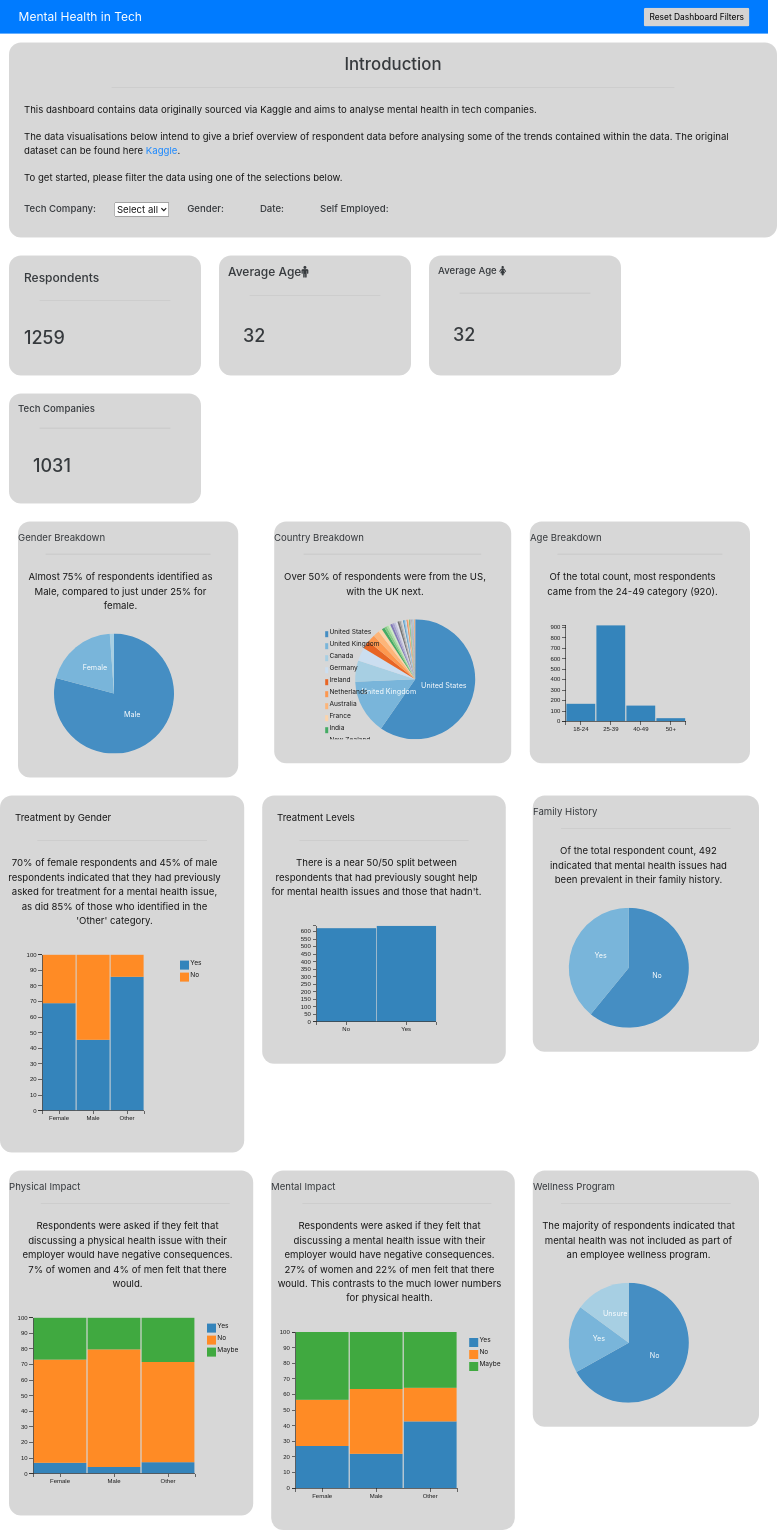
Repository: martingr1/mhdashboard
Page: index.html
The author's editor kept a record of every edit. The page is drawn from the files as they stood at one moment, then again after the next edit.
The browser window is 1280 px wide. The page is 1295 px wide, so the pictures cover 1295 px, including what lies to the right of the window. The pictures show the whole page, at 60% of full size.
Some web libraries are served in a nearby version.

Above is the page before.

After the next edit:
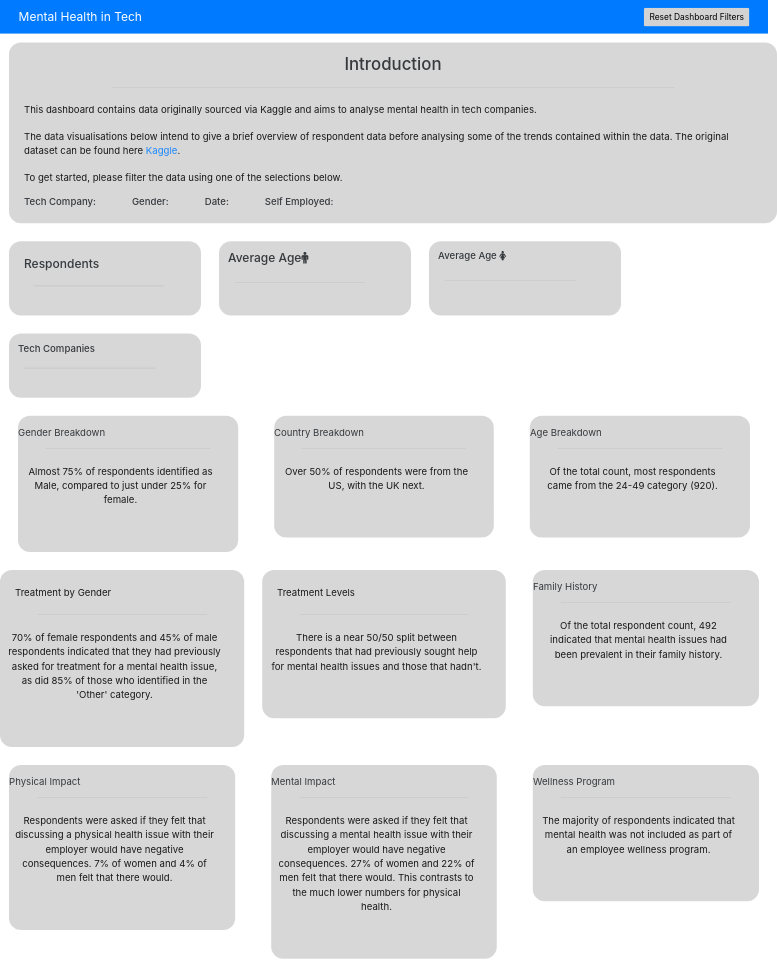
Console error: ReferenceError: show_select_gender is not defined
The edit:
--- a/static/js/graph.js
+++ b/static/js/graph.js
@@ -14,13 +14,17 @@
         d.date = parseDate(d.date);
     })
 
+    show_select_company(ndx);
+    show_select_gender(ndx);
+
+
     show_respondents(ndx);
     show_tech_companies(ndx);
 
     show_average_age_gender(ndx, "Female", "#average_age_gender");
     show_average_age_gender(ndx, "Male", "#average_age_male");
 
-    show_select_company(ndx);
+
     show_gender_breakdown(ndx);
     show_country_breakdown(ndx);
     show_treatment_levels(ndx);

After the edit that followed:
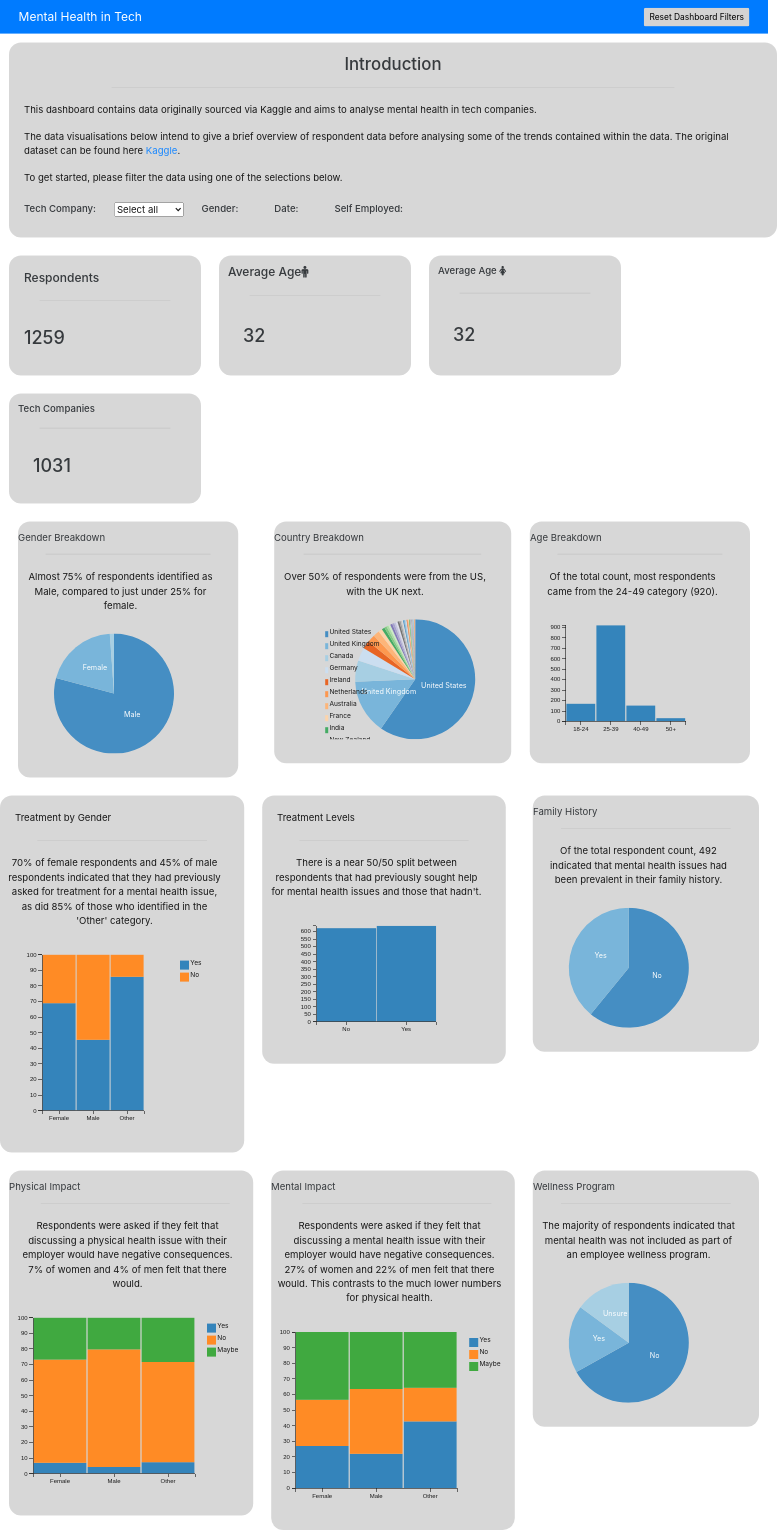
The error is gone.
The edit:
--- a/static/js/graph.js
+++ b/static/js/graph.js
@@ -42,6 +42,15 @@
 
 function show_select_company(ndx) {
     var dim = ndx.dimension(dc.pluck("techcompany"));
+    var group = dim.group();
+
+    dc.selectMenu("#select_company")
+        .dimension(dim)
+        .group(group);
+}
+
+function show_select_gender(ndx) {
+    var dim = ndx.dimension(dc.pluck("gender"));
     var group = dim.group();
 
     dc.selectMenu("#select_company")
